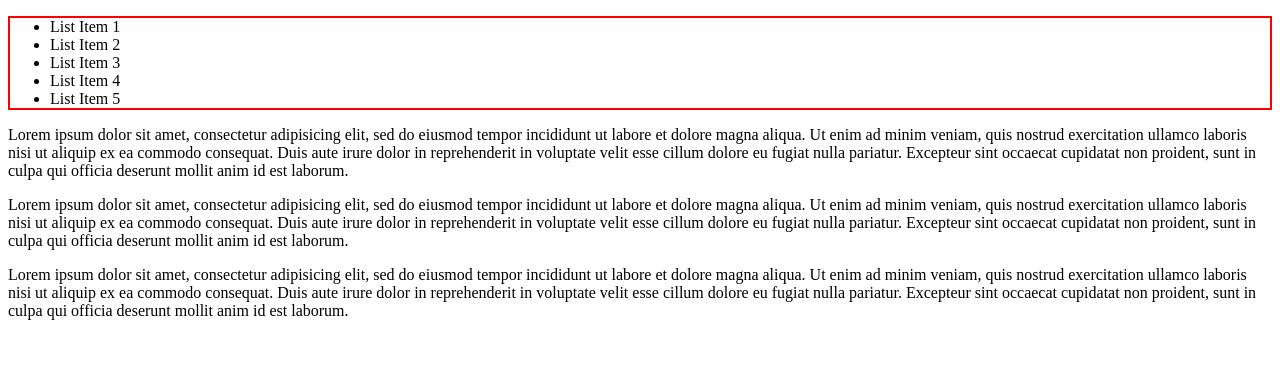
Repository: PankajSutharPersistent/vm-backup
Page: workspaceJavaScript/DemoJQuery/index.html
An editor plug-in stored every save of this project. The page is shown before and after the next save, followed by the edit.
The browser window is 1280 px wide. The pictures show the whole page.

Above is the page before, as saved 2017-01-02 04:47:52.

### workspaceJavaScript/DemoJQuery/index.html
<!DOCTYPE HTML PUBLIC "-//W3C//DTD HTML 4.01 Transitional//EN"
"http://www.w3.org/TR/html4/loose.dtd">
<html xmlns="http://www.w3.org/1999/xhtml">
    <head>
        <meta http-equiv="Content-Type" content="text/html; charset=utf-8" />
        <title>New Web Project</title>
        <script src="lib/jquery-3.1.1.js" type="text/javascript" charset="utf-8"></script>
        	<script type="text/javascript" charset="utf-8">

			jQuery(function(){
				$("ul").css("border","2px solid red");
			});
			</script>


        </script>
    </head>
    <body>
       <ul>
       	<li class="items">List Item 1</li>
       	<li class="items">List Item 2</li>
       	<li class="items">List Item 3</li>
       	<li class="items">List Item 4</li>
       	<li class="items">List Item 5</li>
       </ul>
       <p>Lorem ipsum dolor sit amet, consectetur adipisicing elit, sed do eiusmod tempor incididunt ut labore et dolore magna aliqua. Ut enim ad minim veniam, quis nostrud exercitation ullamco laboris nisi ut aliquip ex ea commodo consequat. Duis aute irure dolor in reprehenderit in voluptate velit esse cillum dolore eu fugiat nulla pariatur. Excepteur sint occaecat cupidatat non proident, sunt in culpa qui officia deserunt mollit anim id est laborum.</p>
   		<p>Lorem ipsum dolor sit amet, consectetur adipisicing elit, sed do eiusmod tempor incididunt ut labore et dolore magna aliqua. Ut enim ad minim veniam, quis nostrud exercitation ullamco laboris nisi ut aliquip ex ea commodo consequat. Duis aute irure dolor in reprehenderit in voluptate velit esse cillum dolore eu fugiat nulla pariatur. Excepteur sint occaecat cupidatat non proident, sunt in culpa qui officia deserunt mollit anim id est laborum.</p>
   		<p>Lorem ipsum dolor sit amet, consectetur adipisicing elit, sed do eiusmod tempor incididunt ut labore et dolore magna aliqua. Ut enim ad minim veniam, quis nostrud exercitation ullamco laboris nisi ut aliquip ex ea commodo consequat. Duis aute irure dolor in reprehenderit in voluptate velit esse cillum dolore eu fugiat nulla pariatur. Excepteur sint occaecat cupidatat non proident, sunt in culpa qui officia deserunt mollit anim id est laborum.</p>

   </body>
</html>

Loaded but not shown: workspaceJavaScript/DemoJQuery/lib/jquery-3.1.1.js (library)

After the next save:
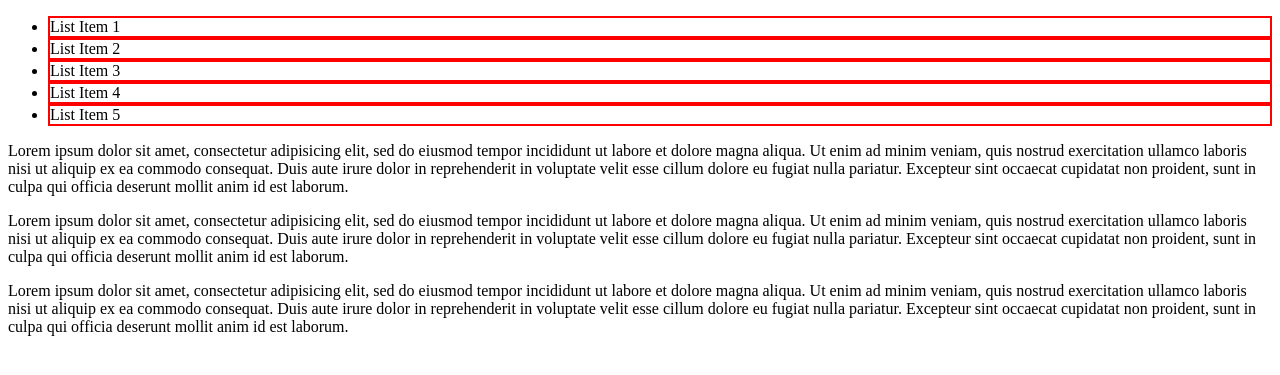
Saved 26 s later.
--- a/workspaceJavaScript/DemoJQuery/index.html
+++ b/workspaceJavaScript/DemoJQuery/index.html
@@ -8,7 +8,7 @@
         	<script type="text/javascript" charset="utf-8">
 
 			jQuery(function(){
-				$("ul").css("border","2px solid red");
+				$("li","ul").css("border","2px solid red");
 			});
 			</script>
 
